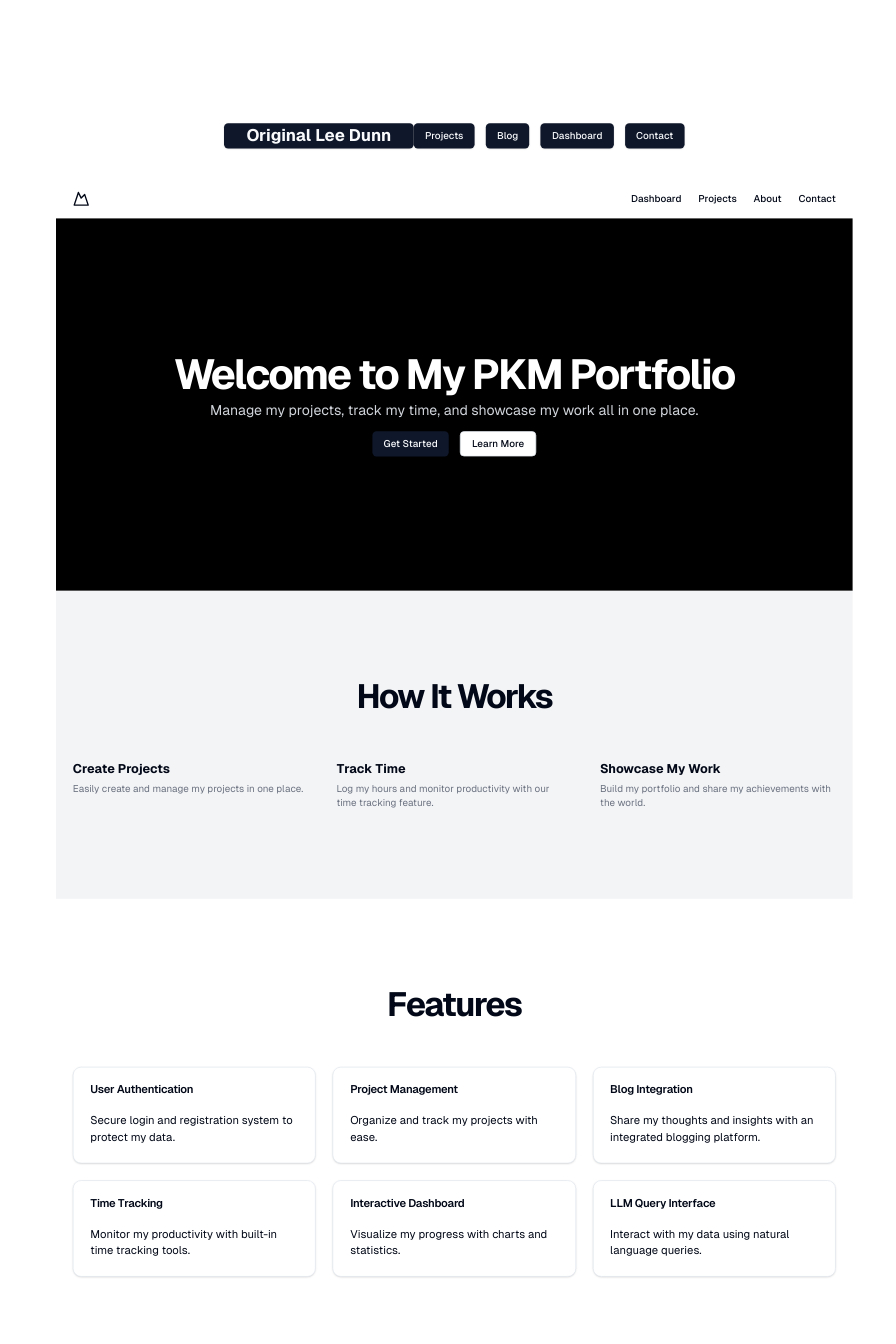
Repository: OriginalLeeDunn/pkm-portfolio
Page: /
An editor plug-in stored every save of this project. The page is shown before and after the next save, followed by the edit.
The browser window is 1280 px wide. The pictures show the part of the page from y = 0 to 1920 px (the page is 3619 px tall), at 70% of full size.
The project was rebuilt for these pictures with package versions that can differ from the ones it lists, and the page was loaded fresh each time. The framework's server and built-in components were replaced by stand-ins that run in the browser. Also part of the build but not shown: next.config.mjs.

Above is the page before, as saved 2024-10-16 08:49:53.

After the next save:
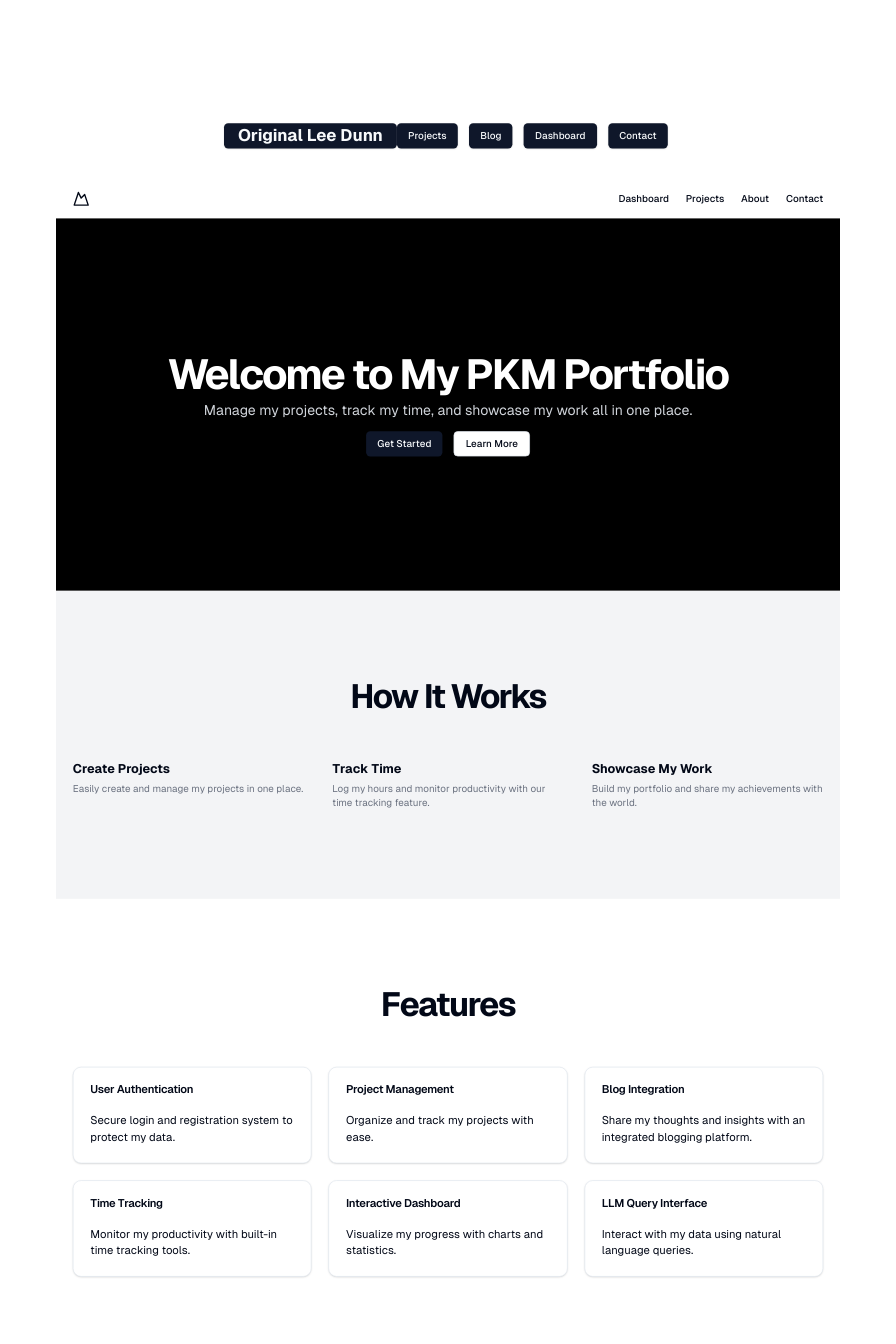
Saved 4 s later.
--- a/src/components/Header.tsx
+++ b/src/components/Header.tsx
@@ -5,7 +5,7 @@ export default function Header() {
   return (
     <header className="w-full py-3 px-20 bg-background items-center">
       <div className="container mx-auto flex justify-between px-40 items-center">
-        <Button className="py-3 px-4">
+        <Button className="py-3 px-1">
         <Link href="/" className="text-2xl font-bold px-4">
           Original Lee Dunn
         </Link>
